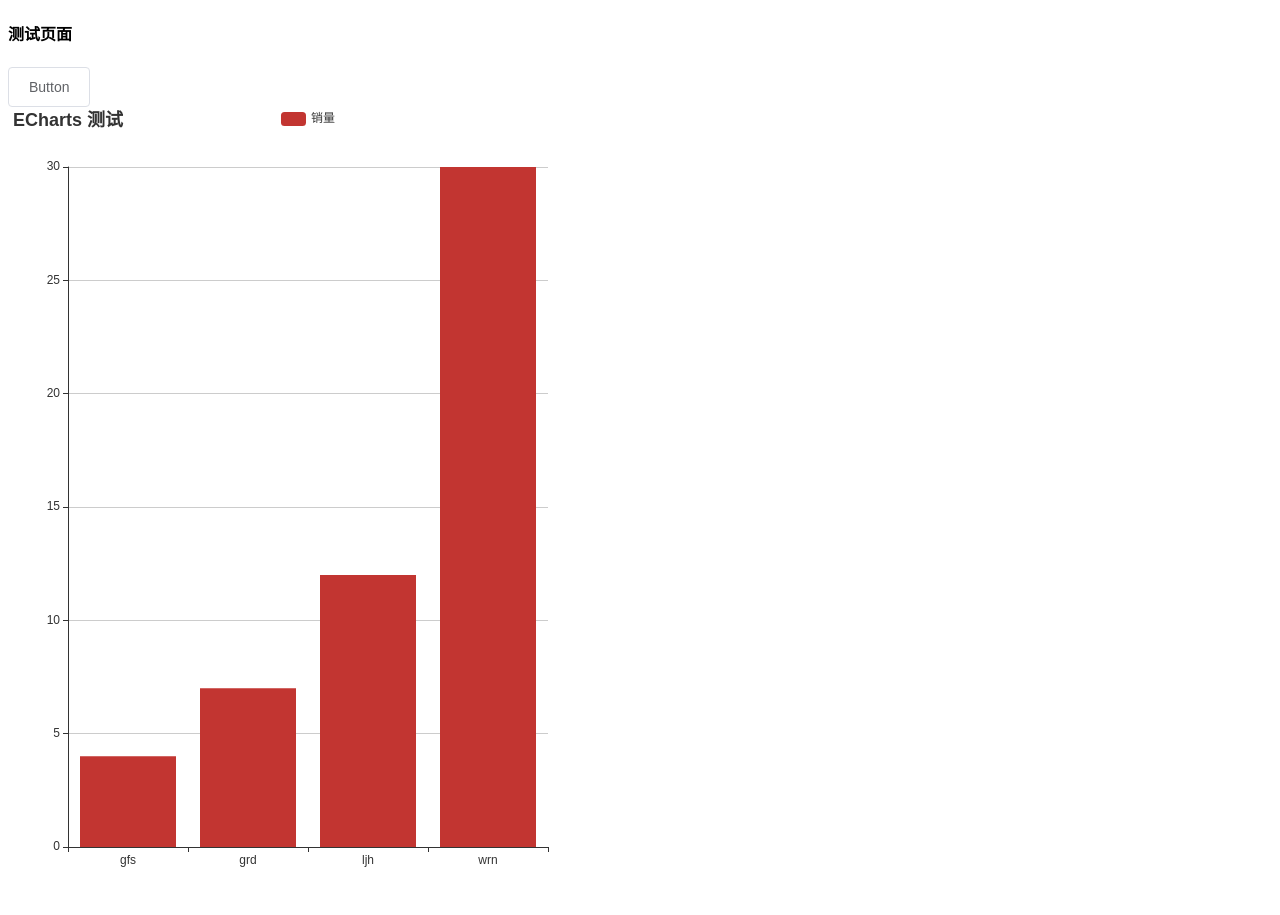
Repository: JasmineH-Lee/orange
Page: /
An editor plug-in stored every save of this project. The page is shown before and after the next save, followed by the edit.
The browser window is 1280 px wide. The pictures show the whole page.
The project was rebuilt for these pictures with package versions that can differ from the ones it lists, and the page was loaded fresh each time.

Above is the page before, as saved 2018-08-29 21:09:31.

After the next save:
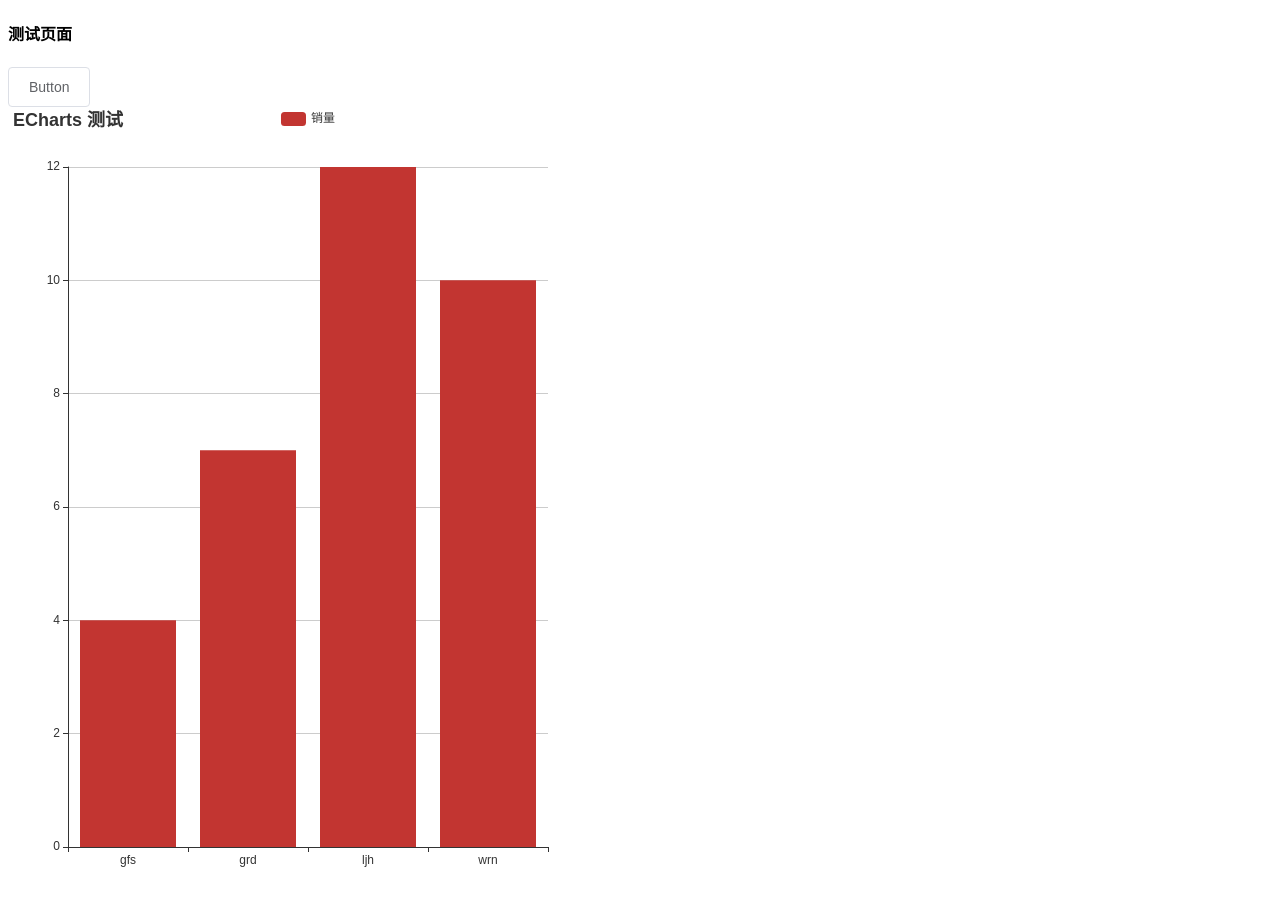
Saved 12 s later.
--- a/src/components/test.vue
+++ b/src/components/test.vue
@@ -54,7 +54,7 @@ export default {
         series: [{
           name: '销量',
           type: 'bar',
-          data: [4,7,12,30]
+          data: [4,7,12,10]
         }]
       }
       this.chart.setOption(option)
